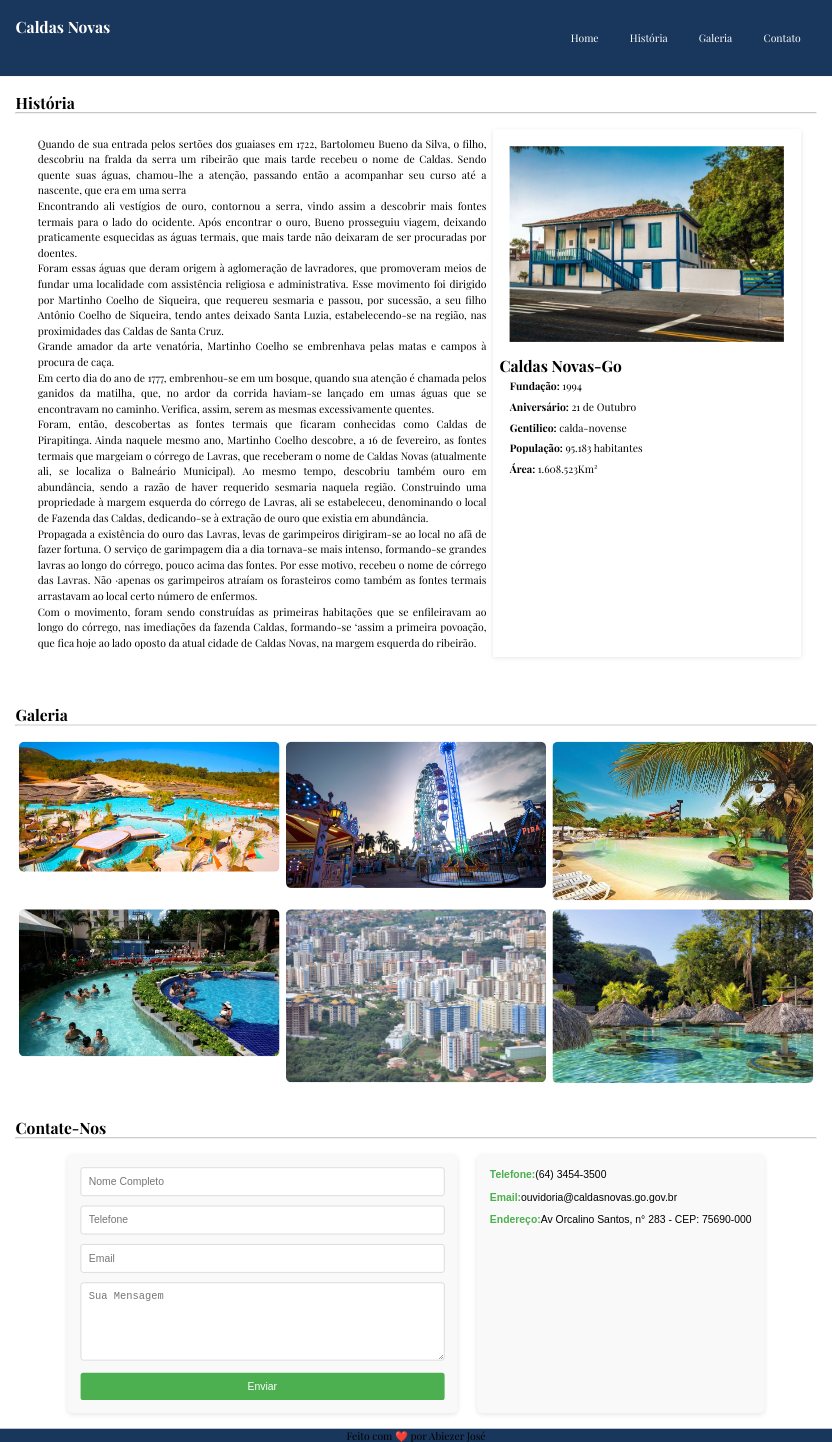
Repository: AbiezerSidonioJoseOdanacaJunior/DesafioLocalTuristico
Page: index.html
The author's editor kept a copy of each file at every save. The page is drawn from the files as they stood at one save, then again after the next save.
The browser window is 1280 px wide. The pictures show the whole page, at 65% of full size.
Some web fonts or font styles are not loaded; a fallback is used.

Above is the page before, as saved 2024-11-11 18:33:47.

### index.html
<!DOCTYPE html>
<html lang="pt-br">
<head>
    <link rel="preconnect" href="https://fonts.googleapis.com">
    <link rel="preconnect" href="https://fonts.gstatic.com" crossorigin>
    <meta charset="UTF-8">
    <meta name="viewport" content="width=device-width, initial-scale=1.0">
    <title>Caldas Novas</title>
    <link rel="stylesheet" href="./css/style.css">
    <link href="https://fonts.googleapis.com/css2?family=Alice&family=Playfair+Display:ital,wght@0,400..900;1,400..900&display=swap" rel="stylesheet">
</head>
<body>
    <div id="page">
        <nav>
            <!-- <img src="./img/clds.png" alt="logo Caldas novas"> -->
             <h1>Caldas Novas</h1>
            <ul>
                <li><a href="#home">Home</a></li>
                <li><a href="#history">História</a></li>
                <li><a href="#gallery">Galeria</a></li>
                <li><a href="#contact">Contato</a></li>
            </ul>
        </nav>
        <main>
            <section id="history">
                <h1>História</h1>
                <hr>
               <div id="about">
                <div id="text-history">
                    <p>Quando de sua entrada pelos sertões dos guaiases em 1722, Bartolomeu Bueno da Silva, o filho, descobriu na fralda da serra um ribeirão que mais tarde recebeu o nome de Caldas. Sendo quente suas águas, chamou-lhe a atenção, passando então a acompanhar seu curso até a nascente, que era em uma serra</p>
                    <p>Encontrando ali vestígios de ouro, contornou a serra, vindo assim a descobrir mais fontes termais para o lado do ocidente. Após encontrar o ouro, Bueno prosseguiu viagem, deixando praticamente esquecidas as águas termais, que mais tarde não deixaram de ser procuradas por doentes.</p>
                    <p>Foram essas águas que deram origem à aglomeração de lavradores, que promoveram meios de fundar uma localidade com assistência religiosa e administrativa. Esse movimento foi dirigido por Martinho Coelho de Siqueira, que requereu sesmaria e passou, por sucessão, a seu filho Antônio Coelho de Siqueira, tendo antes deixado Santa Luzia, estabelecendo-se na região, nas proximidades das Caldas de Santa Cruz.</p>
                    <p>Grande amador da arte venatória, Martinho Coelho se embrenhava pelas matas e campos à procura de caça.</p>
                    <p>Em certo dia do ano de 1777, embrenhou-se em um bosque, quando sua atenção é chamada pelos ganidos da matilha, que, no ardor da corrida haviam-se lançado em umas águas que se encontravam no caminho. Verifica, assim, serem as mesmas excessivamente quentes.</p>
                    <p>Foram, então, descobertas as fontes termais que ficaram conhecidas como Caldas de Pirapitinga. Ainda naquele mesmo ano, Martinho Coelho descobre, a 16 de fevereiro, as fontes termais que margeiam o córrego de Lavras, que receberam o nome de Caldas Novas (atualmente ali, se localiza o Balneário Municipal). Ao mesmo tempo, descobriu também ouro em abundância, sendo a razão de haver requerido sesmaria naquela região. Construindo uma propriedade à margem esquerda do córrego de Lavras, ali se estabeleceu, denominando o local de Fazenda das Caldas, dedicando-se à extração de ouro que existia em abundância.</p>
                    <p>Propagada a existência do ouro das Lavras, levas de garimpeiros dirigiram-se ao local no afã de fazer fortuna. O serviço de garimpagem dia a dia tornava-se mais intenso, formando-se grandes lavras ao longo do córrego, pouco acima das fontes. Por esse motivo, recebeu o nome de córrego das Lavras. Não ·apenas os garimpeiros atraíam os forasteiros como também as fontes termais arrastavam ao local certo número de enfermos.</p>
                    <p>Com o movimento, foram sendo construídas as primeiras habitações que se enfileiravam ao longo do córrego, nas imediações da fazenda Caldas, formando-se ‘assim a primeira povoação, que fica hoje ao lado oposto da atual cidade de Caldas Novas, na margem esquerda do ribeirão.</p>
                </div>
                <div id="image-history">
                    <img src="./img/imghistory.jpg" alt="Imagem Caldas">
                    <h2>Caldas Novas-Go</h2>
                    <p><b>Fundação:</b> 1994 </p>
                    <p><b>Aniversário:</b> 21 de Outubro </p>
                    <p><b>Gentilico:</b> calda-novense </p>
                    <p><b>População:</b> 95.183 habitantes</p>
                    <p><b>Área:</b> 1.608.523Km²</p>
                </div>
               </div>
            </section>
            <section id="gallery">
                <h2>Galeria</h2>
                <hr>
            <div id="fotos">
                <div class="fotos-item">
                    <img src="./img/foto1.jpg" alt=" foto caldas">
                </div>
                <div class="fotos-item">
                    <img src="./img/foto2.jpg" alt=" foto caldas">
                </div>
                <div class="fotos-item">
                    <img src="./img/foto3.jpg" alt=" foto caldas">
                </div>
                <div class="fotos-item">
                    <img src="./img/foto4.jpg" alt=" foto caldas">
                </div>
                <div class="fotos-item">
                    <img src="./img/foto5.jpg" alt=" foto caldas">
                </div>
                <div class="fotos-item">
                    <img src="./img/foto6.jpg" alt=" foto caldas">
                </div>
            </div>
            </section>
            <section id="contact">
                <h2>Contate-Nos</h2>
                <hr>
                <div id="contatos">
                    <div id="formm">
                        <form action="">
                            <input type="text" placeholder="Nome Completo" >
                            <input type="text" placeholder="Telefone">
                            <input type="email" placeholder="Email">
                            <textarea name="textarea" id="" placeholder="Sua Mensagem"></textarea>
                            <button>Enviar</button>
                        </form>
                    </div>
                    <div id="information">
                        <p><b>Telefone:</b>(64) 3454-3500</p>
                        <p><b>Email:</b>ouvidoria@caldasnovas.go.gov.br</p>
                        <p><b>Endereço:</b>Av Orcalino Santos, n° 283 - CEP: 75690-000</p>
                    </div>
                </div>
            </section>
        </main>
    </div>
    <footer>
        <p>Feito com ❤️ por Abiezer José</p>
    </footer>
</body>
</html>

### css/style.css
* {
    padding: 0;
    margin: 0;
    box-sizing: border-box;
}
body{
    font-family: "Playfair Display", serif;
}

nav {
    display: flex;
    background-color: #19375c;
}

nav img {
    width: 116px;
    height: 92px;
}

nav h1{
    color:#fff;
    padding: 24px;
}

ul{
    display: flex;
    padding: 24px;
    margin-left: auto;
}

ul li {
    padding: 24px;
    list-style: none;
}

ul li a {
    text-decoration: none;
    color: #fff;
}

#history {
    width: 100%;
    height: 100%;
    padding: 24px;
    box-sizing: border-box;

}

#about {
    display: flex;
    width: 100%;
    max-width: 100vw;
    overflow-x: hidden;;
    padding: 24px;
}

#text-history {
    flex: 0 0 60%;
    padding: 10px;
    text-align: justify;
    line-height: 24px;
}

#image-history {
    flex: 0 0 40%; /* Ocupa 25% da largura */
    padding: 10px;
    box-shadow: 0 2px 8px rgba(0, 0, 0, 0.1);
}

#image-history img {
    max-width: 100%;
    height: auto;
    padding: 16px;
}
#image-history p{
    line-height: 32px;
    padding-left: 16px;
}

#gallery{
    width: 100%;
    height: 100%;
    padding: 24px;
    box-sizing: border-box;

}

#fotos {
    display: flex;
    flex-wrap: wrap;
    gap: 10px;
    max-width: 100%;
    justify-content: center;
    margin-top: 24px;
}

.fotos-item {
    flex: 0 0 calc(33.33% - 10px);
    box-sizing: border-box;
}

.fotos-item img{
    width: 100%;
    height: auto;
    border-radius: 8px;
}

#contact {
    width: 100%;
    height: 100%;
    padding: 24px;
    box-sizing: border-box;
}

#contatos {
    display: flex;
    gap: 10px;
    max-width: 100%;
    justify-content: center;
    margin-top: 24px;
}

form {
    max-width: 600px;
    margin: 0 auto;
    padding: 20px;
    background-color: #f9f9f9;
    border-radius: 8px;
    box-shadow: 0 2px 8px rgba(0, 0, 0, 0.1);
    font-family: Arial, sans-serif;
}


form input, form textarea {
    width: 100%;
    padding: 12px;
    margin-bottom: 15px;
    border: 1px solid #ccc;
    border-radius: 4px;
    font-size: 16px;
}

/* Estilo para o textarea */
form textarea {
    resize: vertical;
    height: 120px;
}


form button {
    width: 100%;
    padding: 12px;
    background-color: #4CAF50;
    color: white;
    border: none;
    border-radius: 4px;
    font-size: 16px;
    cursor: pointer;
    transition: background-color 0.3s ease;
}

form button:hover {
    background-color: #45a049;
}


#information {
    background-color: #f9f9f9;
    padding: 20px;
    border-radius: 8px;
    box-shadow: 0 2px 8px rgba(0, 0, 0, 0.1);
    font-family: Arial, sans-serif;
    max-width: 500px;
    margin-left: 20px; /
}


#information p {
    font-size: 16px;
    margin-bottom: 10px;
}

#information b {
    font-weight: bold;
    color: #4CAF50;
    line-height: 24px;
}

footer {
    background-color: #19375c;
}

footer p {
    color: fff;
    text-align: center;
}

After the next save:
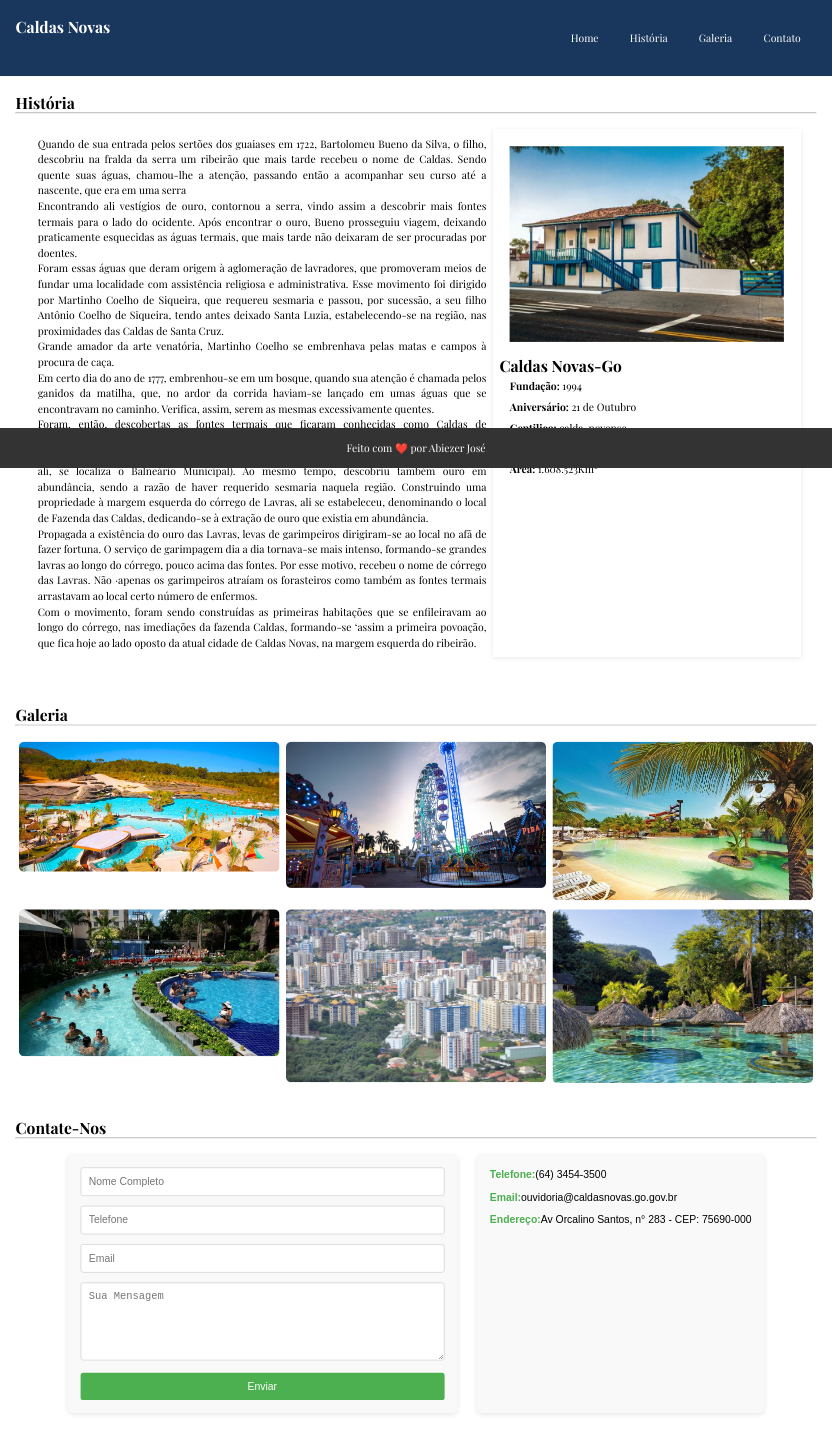
Saved 2 min 39 s later.
--- a/css/style.css
+++ b/css/style.css
@@ -187,10 +187,13 @@
 }
 
 footer {
-    background-color: #19375c;
+    background-color: #333;
+    color: #fff;
+    text-align: center;
+    padding: 20px 0;
+    position: fixed;
+    left: 0;
+    bottom: 0;
+    width: 100%;
+    font-size: 16px;
 }
-
-footer p {
-    color: fff;
-    text-align: center;
-}
